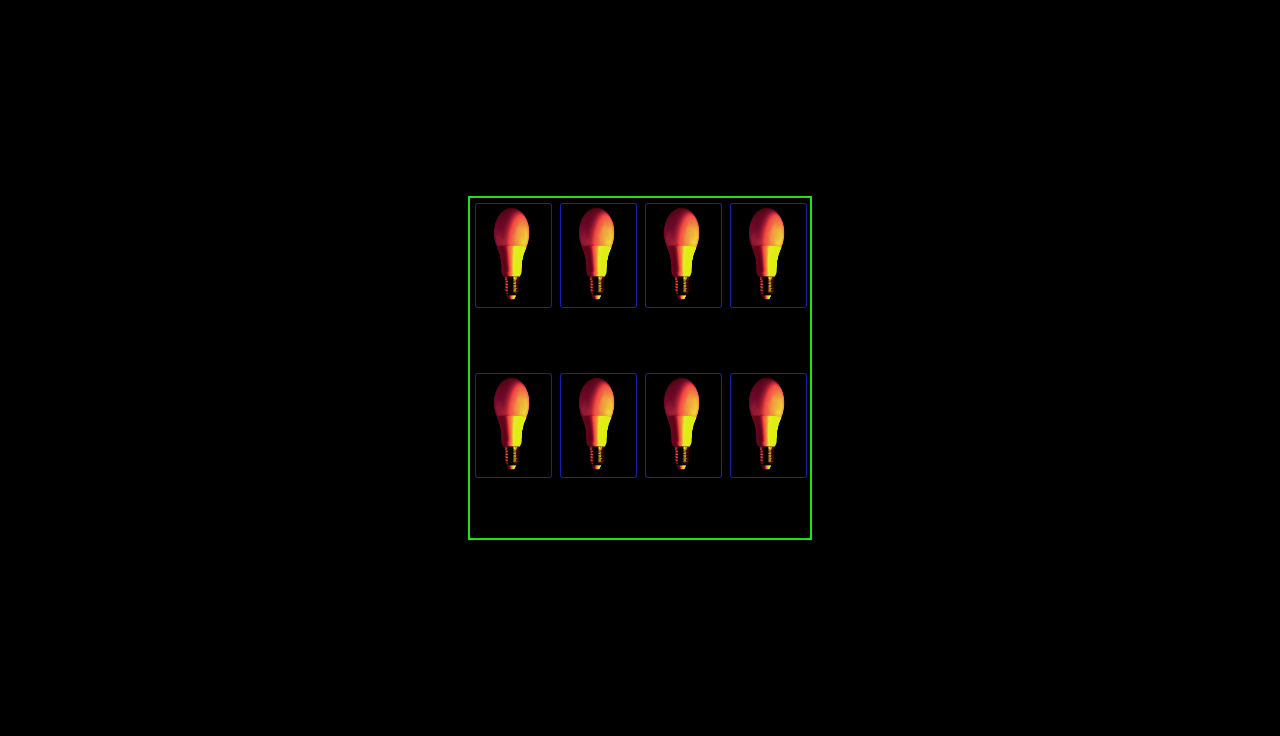
Repository: suzanaferreira/memory-game-project
Page: index.html
The author's editor kept a record of every edit. The page is drawn from the files as they stood at one moment, then again after the next edit.
The browser window is 1280 px wide. The pictures show the whole page.

Above is the page before.
Console error: SyntaxError: Unexpected end of input

After the next edit:
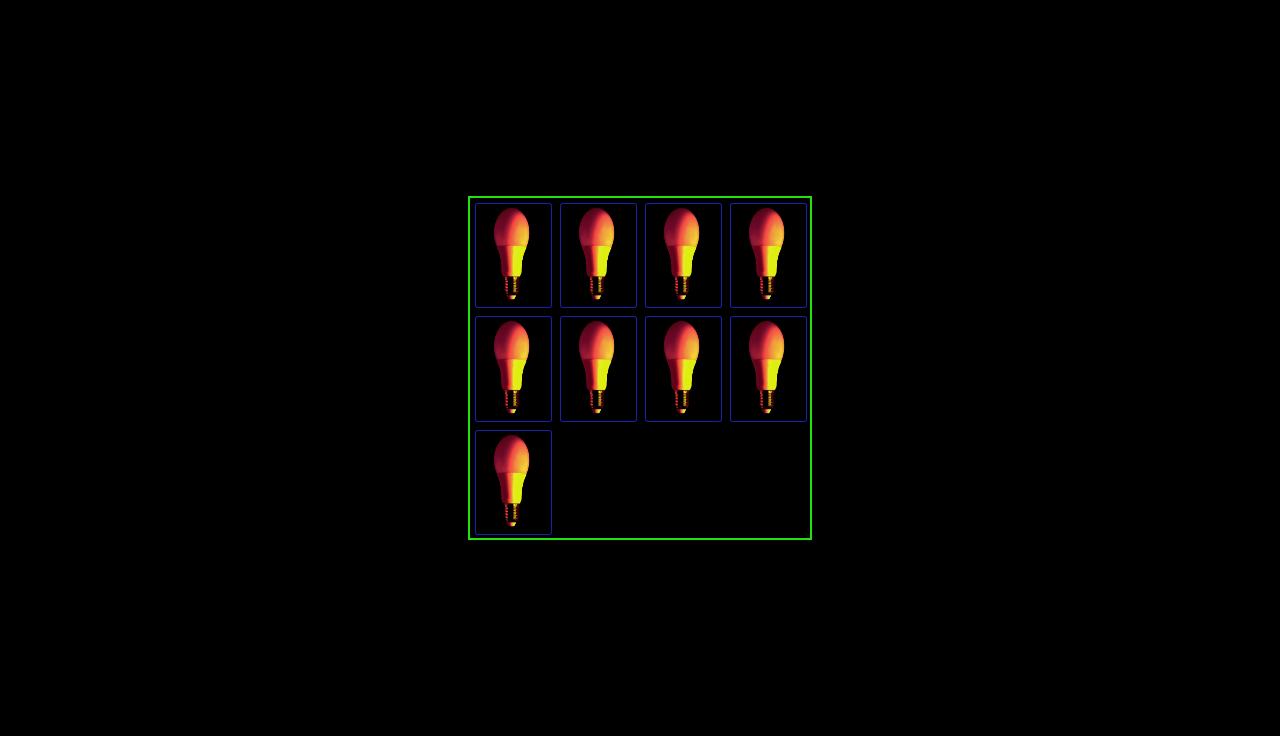
The edit:
--- a/index.html
+++ b/index.html
@@ -34,6 +34,11 @@
             <img class="cover-side" src="img/lamp.jpg" alt="lamp" />
         </div>
         <div class="cards">
+            <img class="revelead-pic" src="img/pic3.jpg" alt="arrow" />
+            <img class="cover-side" src="img/lamp.jpg" alt="lamp" />
+        </div>
+
+        <div class="cards">
             <img class="revelead-pic" src="img/pic4.jpg" alt="thunder" />
             <img class="cover-side" src="img/lamp.jpg" alt="lamp" />
         </div>
